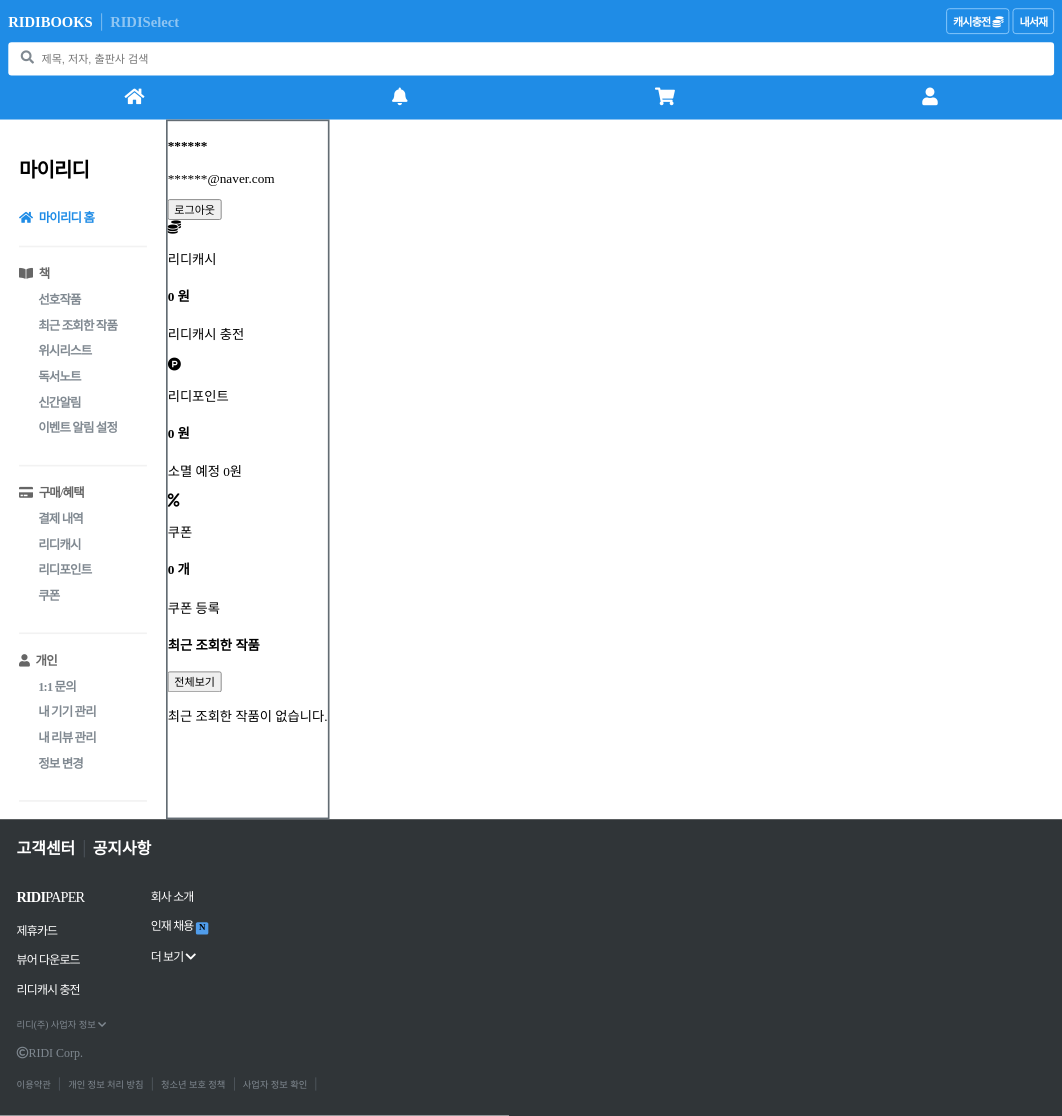
Repository: mega-teamproject/teamproject1
Page: html/myridi.html
The author's editor kept a copy of each file at every save. The page is drawn from the files as they stood at one save, then again after the next save.
The browser window is 1280 px wide. The pictures show the whole page, at 83% of full size.

Above is the page before, as saved 2022-01-05 02:02:22.

After the next save:
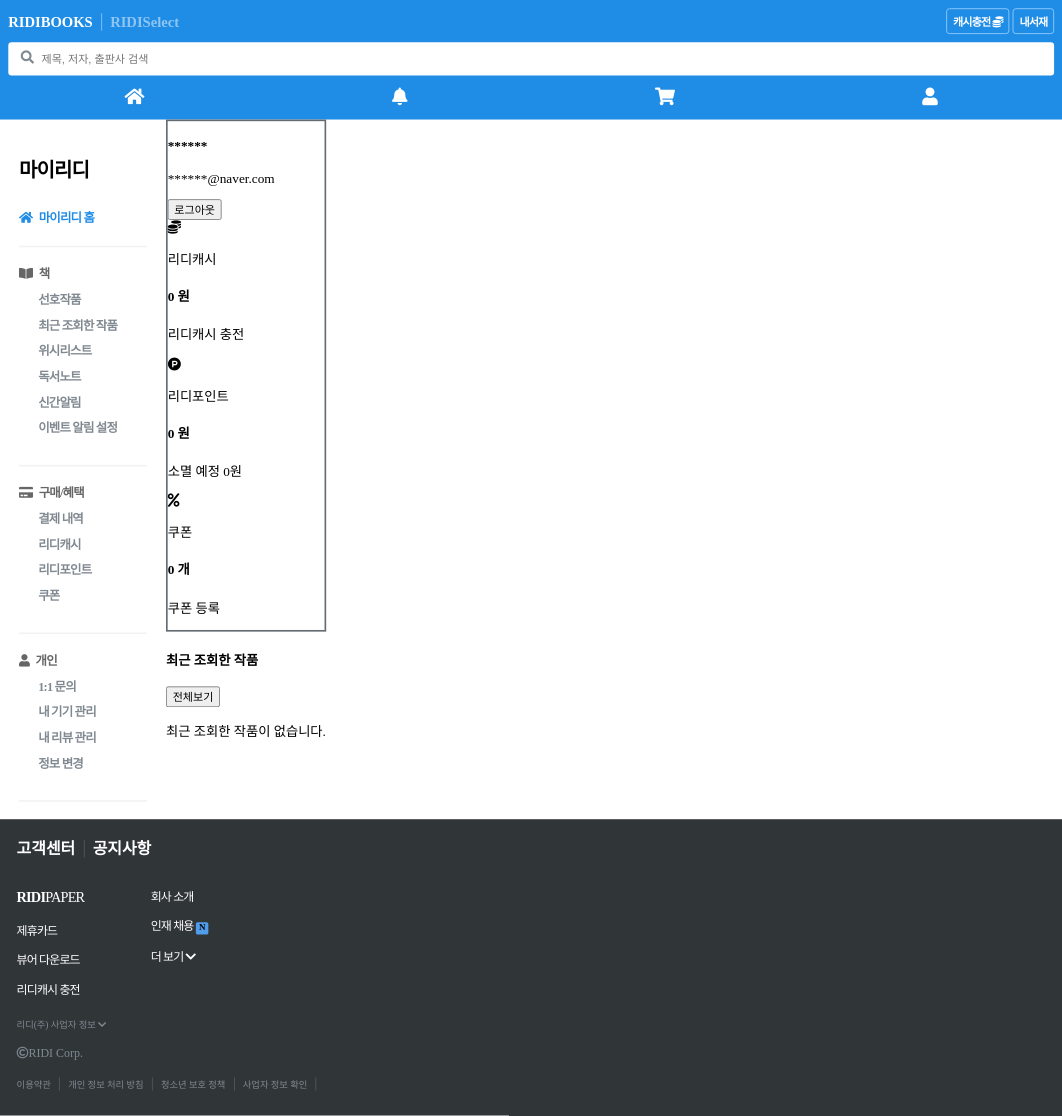
Saved 13 s later.
--- a/css/myridi.css
+++ b/css/myridi.css
@@ -179,7 +179,7 @@
   font-weight: bold;
 }
 
-.section {
+.section .my-ridi {
   border: 2px solid #636c73;
 }
 
